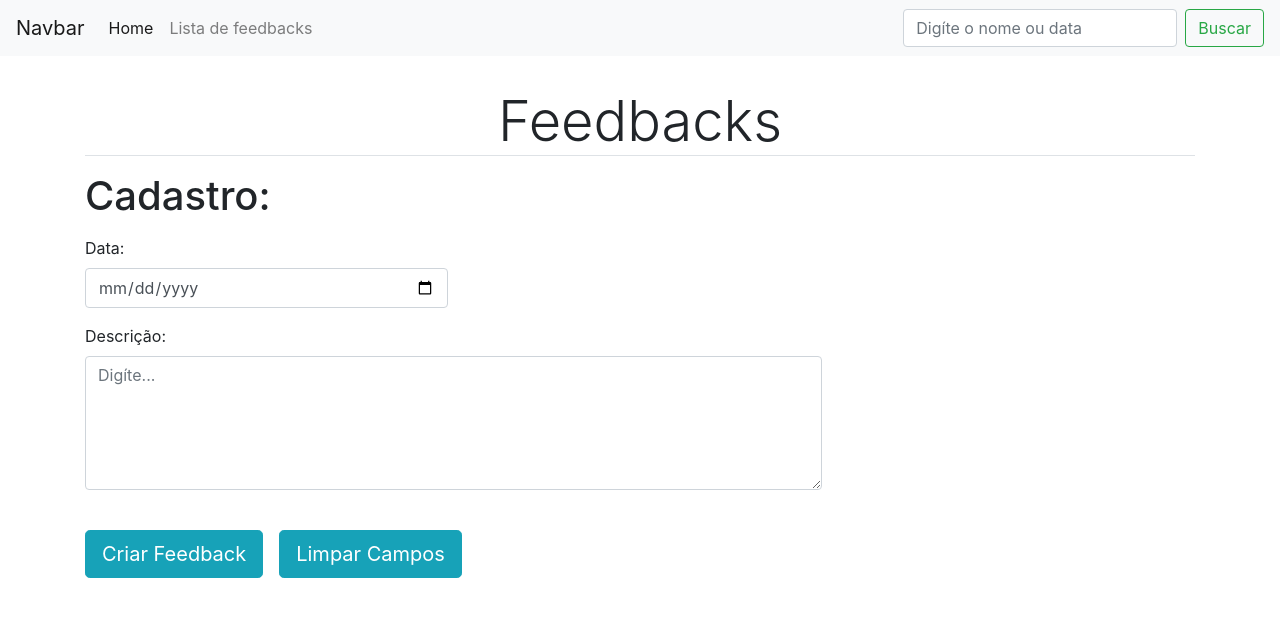
Repository: JulioSantooz/maisViagensSegundaVersao
Page: java-web(eclipse)/java-crud-mais-viagens/src/main/webapp/descricao.html
These files come from the project's save history. The page is drawn as it stood at one moment and after the next save; the edit follows.
The browser window is 1280 px wide. The pictures show the whole page.
Some web libraries are served in a nearby version.

Above is the page before, as saved 2022-02-06 15:41:37.

### java-web(eclipse)/java-crud-mais-viagens/src/main/webapp/descricao.html
<!DOCTYPE html>
<html>
<head>
<meta charset="ISO-8859-1">
<link rel="stylesheet" href="https://maxcdn.bootstrapcdn.com/bootstrap/4.0.0/css/bootstrap.css">
<title>+Viagens - Feedbacks</title>
</head>
<body>

<nav class="navbar navbar-expand-lg navbar-light bg-light">
  <a class="navbar-brand" href="#">Navbar</a>
  <button class="navbar-toggler" type="button" data-toggle="collapse" data-target="#navbarSupportedContent" aria-controls="navbarSupportedContent" aria-expanded="false" aria-label="Toggle navigation">
    <span class="navbar-toggler-icon"></span>
  </button>

  <div class="collapse navbar-collapse" id="navbarSupportedContent">
    <ul class="navbar-nav mr-auto">
      <li class="nav-item active">
        <a class="nav-link" href="index.html">Home <span class="sr-only">(current)</span></a>
      </li>
      <li class="nav-item">
        <a class="nav-link" href="#">Lista de feedbacks</a>
      </li>
    </ul>
    <form class="form-inline my-2 my-lg-0">
      <input name="pesquisa" class="form-control mr-sm-2" type="search" placeholder="Digíte o nome ou data" aria-label="Search">
      <button class="btn btn-outline-success my-2 my-sm-0" type="submit">Buscar</button>
    </form>
  </div>
</nav>

<main class="container text-center mt-3">
	<div class="row">
		<div class="col-12">
			<h1 class="display-4 my-3 border-bottom">Feedbacks</h1>
			<div class="row">
				<div class="col-2">
					<h1>Cadastro:</h1>
				</div>
			</div>
			<form action="CreateAndFind" method="POST">
                <div class="form-row mt-2 d-flex flex-column">
                    <div class="form-group col-4">
                        <label for="" class="float-left">Data:</label>
                        <input name="data" type="date" class="form-control" id="">
                    </div>
                    <div class="form-group col-8">
                        <label for="" class="float-left">Descrição:</label>
                        <textarea name="descricao" maxlength="300" class="form-control" id="" rows="5" placeholder="Digíte..."></textarea>
                    </div>
                </div>
                <button type="submit" class="btn btn-lg btn-info my-4 float-left">Criar Feedback</button>
                <button type="reset" class="btn btn-lg btn-info ml-3 my-4 float-left">Limpar Campos</button>
            </form>
		</div>
	</div>
</main>


<script src="https://code.jquery.com/jquery-3.2.1.slim.min.js"></script>
<script src="https://cdnjs.cloudflare.com/ajax/libs/popper.js/1.12.9/umd/popper.min.js"></script>
<script src="https://maxcdn.bootstrapcdn.com/bootstrap/4.0.0/js/bootstrap.js"></script>

</body>
</html>

After the next save:
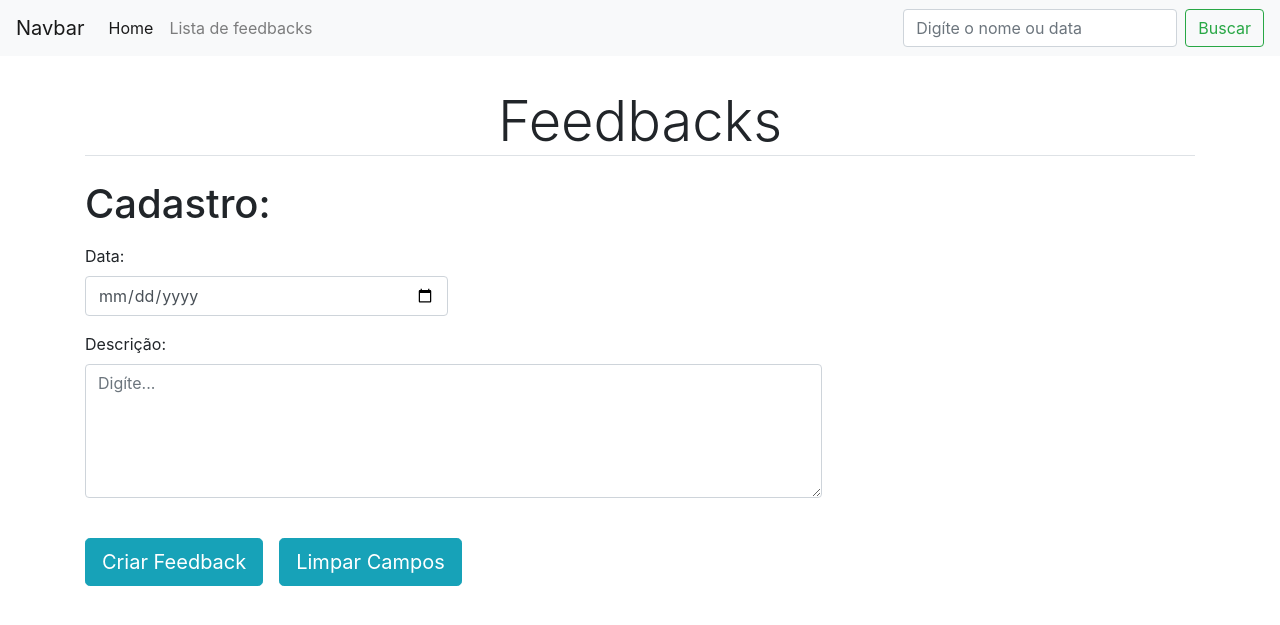
Saved 13 s later.
--- a/java-web(eclipse)/java-crud-mais-viagens/src/main/webapp/descricao.html
+++ b/java-web(eclipse)/java-crud-mais-viagens/src/main/webapp/descricao.html
@@ -34,7 +34,7 @@
 		<div class="col-12">
 			<h1 class="display-4 my-3 border-bottom">Feedbacks</h1>
 			<div class="row">
-				<div class="col-2">
+				<div class="col-2 mt-2">
 					<h1>Cadastro:</h1>
 				</div>
 			</div>
